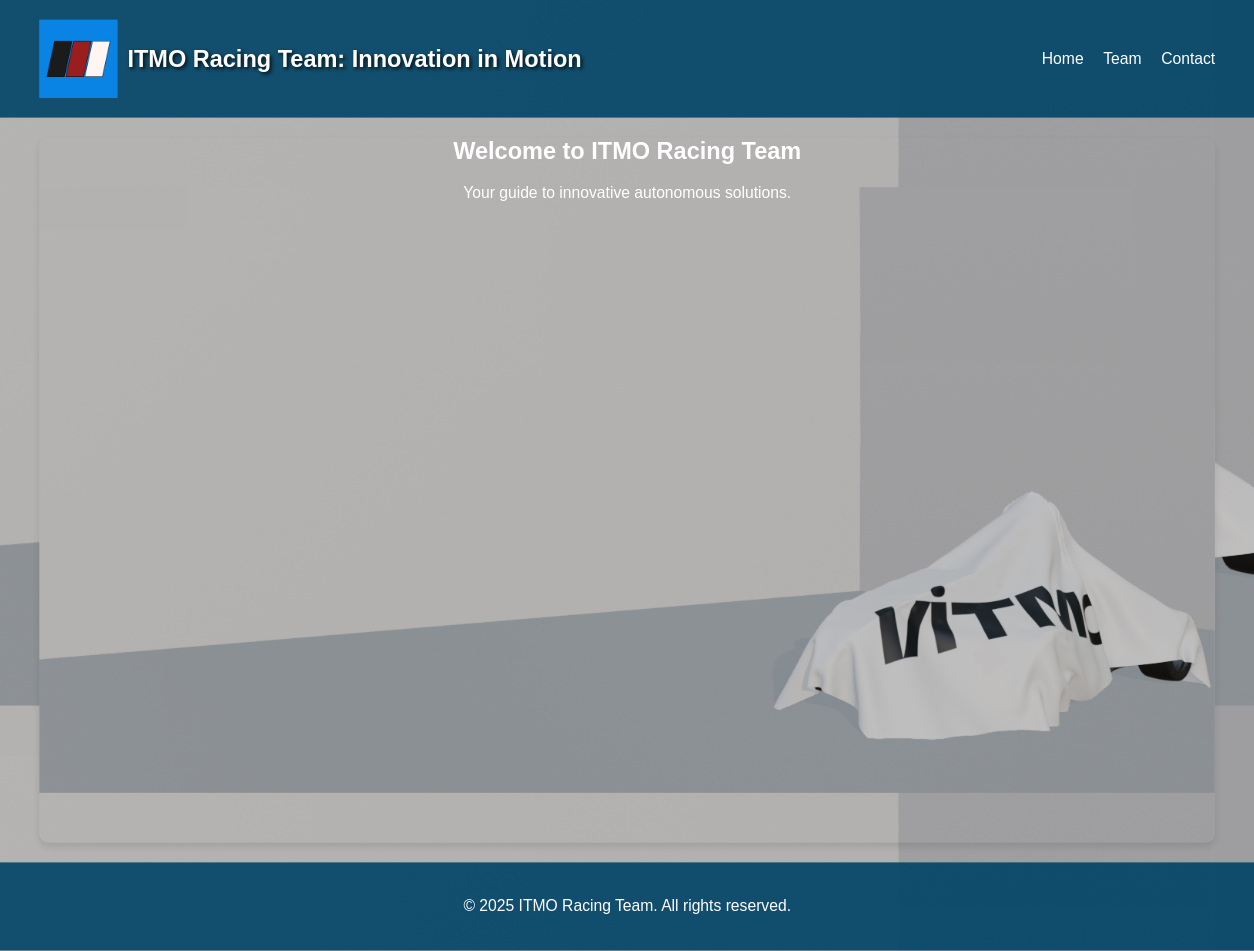
Repository: fs-itmo/fs-itmo.github.io
Page: index.html
An editor plug-in stored every save of this project. The page is shown before and after a run of saves, followed by the edit.
The browser window is 1280 px wide. The pictures show the whole page, at 98% of full size.
Backgrounds fixed to the window are drawn as part of the page.

Above is the page before, as saved 2024-12-30 16:10:30.

After the next 2 saves:
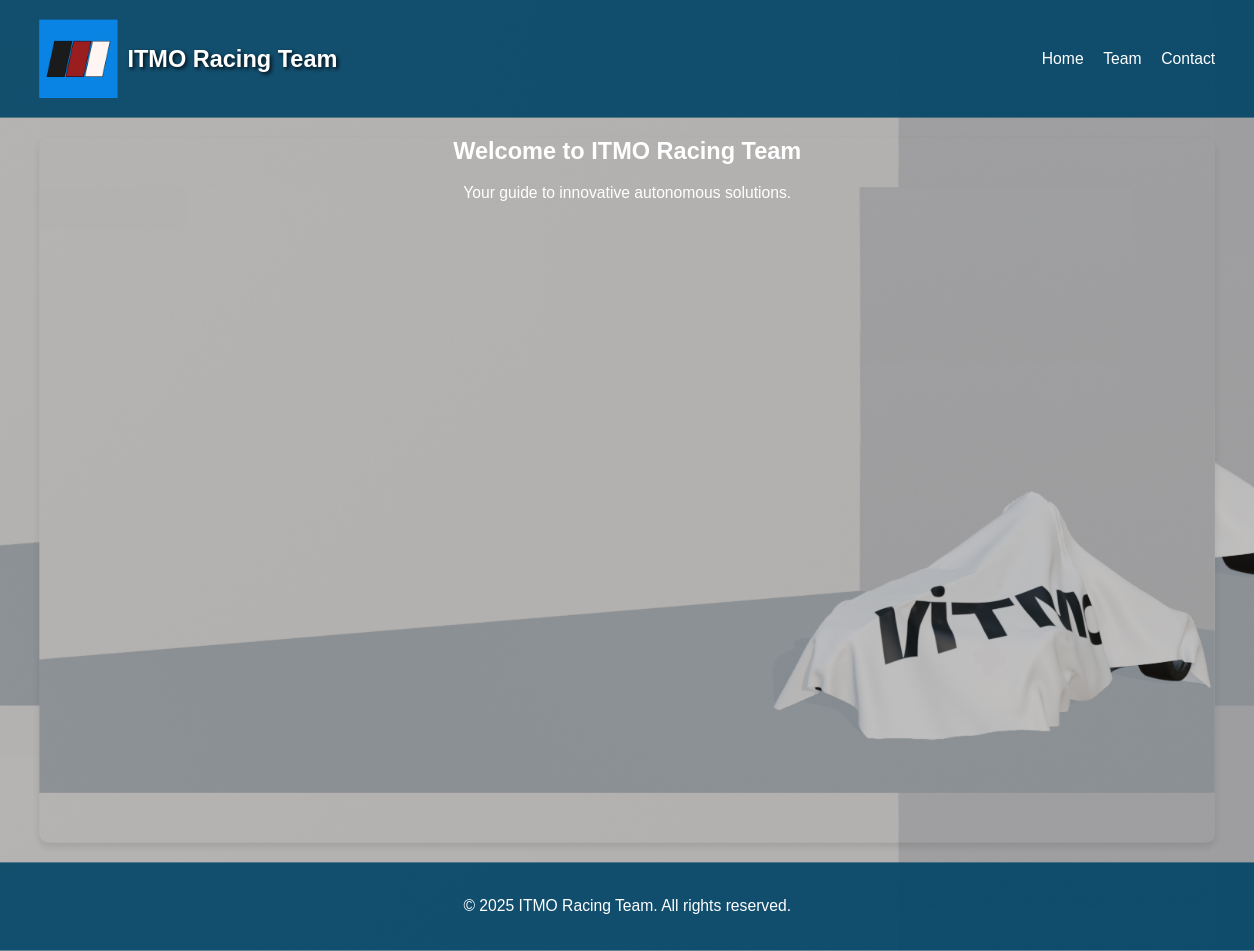
The 2 saves are shown as one change because they came seconds apart.
The last was saved 7 s later.
--- a/index.html
+++ b/index.html
@@ -13,7 +13,7 @@
             <div class="logo-caption-container">
                 <img src="assets/images/logo.png" alt="Logo" class="logo">
                 <div class="top-caption">
-                    ITMO Racing Team: Innovation in Motion
+                    ITMO Racing Team
                 </div>
             </div>
             <nav>
